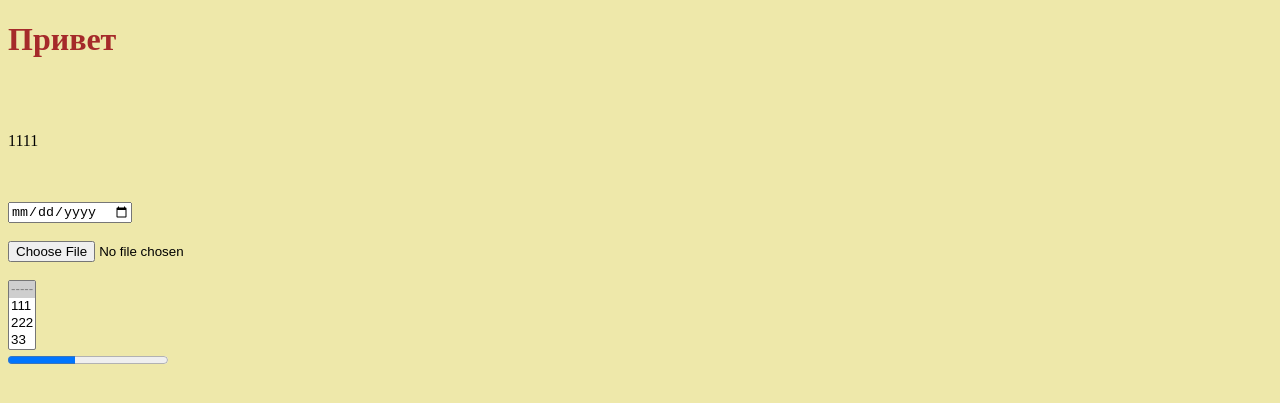
Repository: m-lomakin/test
Page: test/html/test.html
An editor plug-in stored every save of this project. The page is shown before and after the next save, followed by the edit.
The browser window is 1280 px wide. The pictures show the whole page.

Above is the page before, as saved 2023-03-07 07:53:39.

### test/html/test.html
<!DOCTYPE html>
<html>
    <head>
        <meta charset="utf-8">
        <title>lomakin</title>
        <link rel="stylesheet" href="css/main.css">
    </head>
    <body>
        <h1 id="gh">Привет</h1> <br><br>
        <p>1111</p> <br><br>
            <form>
                <input type="date"><br><br>
                <input type="file"><br><br>
                <select multiple>
                    <option selected disabled>-----</option>
                    <option> 111</option>
                    <option> 222</option>
                    <option> 33</option>
                </select>

            </form>
            <progress max="100" value="42">
                загрузка 42%
            </progress>
    <script src="JS/main.js"
        </body>
</html>

### test/html/css/main.css
body {background-color:palegoldenrod ;}
h1{color: blueviolet;}
#gh{color: brown;}
article header p
{
    background-color: blue;
    color: bisque;
}

Loaded but not shown: test/html/JS/main.js (no stored copy; drawn as an empty file)

After the next save:
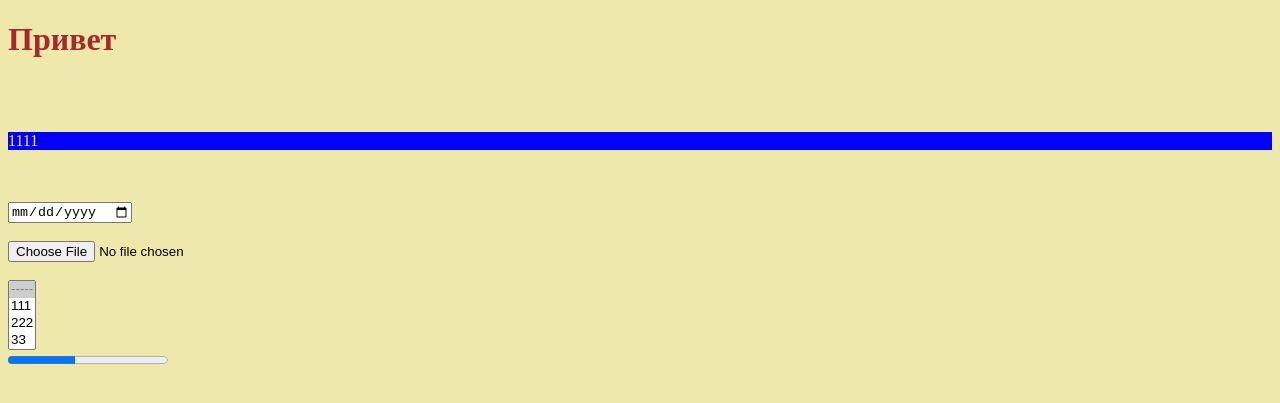
Saved 2 min 55 s later.
--- a/test/html/test.html
+++ b/test/html/test.html
@@ -7,7 +7,9 @@
     </head>
     <body>
         <h1 id="gh">Привет</h1> <br><br>
-        <p>1111</p> <br><br>
+        <article>
+            <header><p>1111</p> <br><br></header>
+
             <form>
                 <input type="date"><br><br>
                 <input type="file"><br><br>
